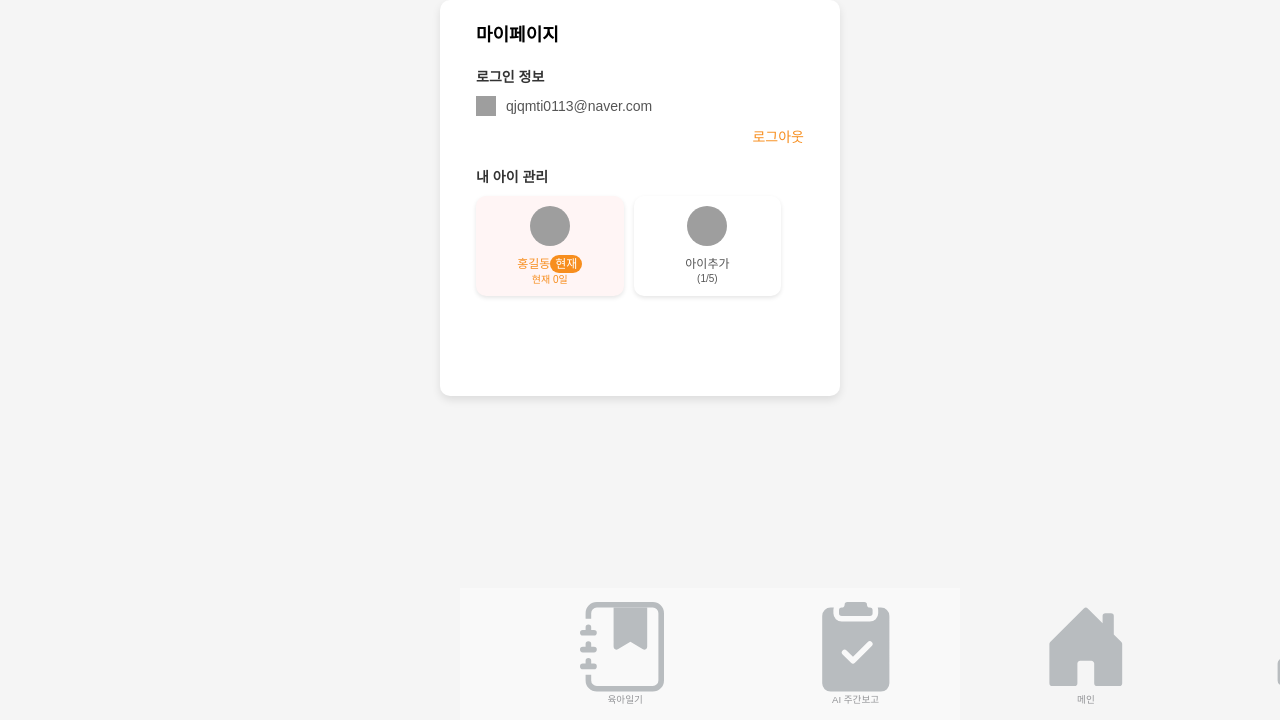
Repository: fromBirth/frombirth-frontend
Page: /mypage
These files come from the project's save history. The page is drawn as it stood at one moment and after the next save; the edit follows.
The browser window is 1280 px wide. The pictures show the whole page.
Pictures or frames that could not be fetched are drawn as grey boxes. Some web fonts or font styles are not loaded; a fallback is used. The project was rebuilt for these pictures with package versions that can differ from the ones it lists, and the page was loaded fresh each time. Also part of the build but not shown: vite.config.js.

Above is the page before, as saved 2024-10-30 12:57:06.

After the next save:
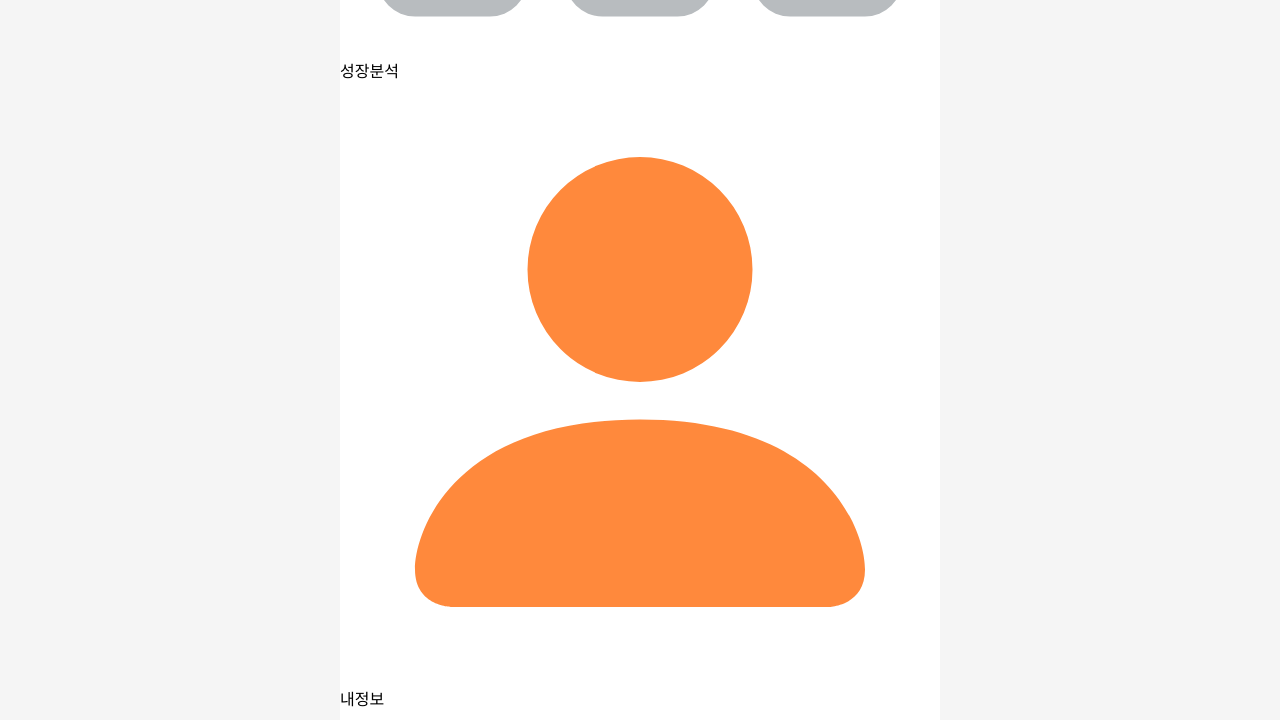
Saved 38 s later.
--- a/src/assets/styles/layout.css
+++ b/src/assets/styles/layout.css
@@ -1,20 +1,65 @@
 /* src/assets/styles/layout.css */
 
 /* 레이아웃 */
-.layout { background-color: white; width: 90%; max-width: 400px; padding: 20px; border-radius: 10px; box-shadow: 0 4px 8px rgba(0, 0, 0, 0.1); margin: 0 auto; }
 
-/* 헤더 스타일 */
-.layout .header { display: flex; align-items: center; gap: 10px; margin-bottom: 20px; }
-.layout .header .profile-image { width: 40px; height: 40px; border-radius: 50%; background-color: #f0e68c; }
-.layout .header .header-title { font-size: 18px; }
-.layout .header .header-dropdown { font-size: 14px; color: gray; }
 
-/* 콘텐츠 영역 */
-.layout .content { flex-grow: 1; width: 100%; max-width: 500px; margin: 0 auto; padding: 0 16px; overflow-y: auto; padding-bottom: 60px;}
+/* 전체 레이아웃 */
+.layout {
+    display: flex;
+    flex-direction: column;
+    align-items: center;
+    max-width: 600px;
+    width: 100%;
+    height: 100vh;
+    margin: 0 auto;
+    background-color: #f9f9f9;
+}
 
-/* footer */
-.layout .footer { background-color: #F9F9F9; text-align: center; display: flex; justify-content: center; width: 100%; max-width: 500px; margin: 0 auto; position: fixed; bottom: 0;  }
-.layout .footer .footer-nav { display: flex; justify-content: space-around; width: 100%; max-width: 400px; }
-.layout .footer .footer-nav .nav-item { display: flex; flex-direction: column; justify-content: center; color: #949598; font-size: 0.6em; min-width: 12vw; margin: 1vh 3vw; padding: 1vh 1vw; }
-.layout .footer .footer-nav .nav-item.btn-active { background-color: #FE8A3C1F; color: #FF893C; border-radius:9px; }
-.layout .footer .footer-nav .nav-item svg { margin: auto; width: 7vw; }
+/* 헤더 고정 스타일 */
+.header {
+    display: flex;
+    align-items: center;
+    width: 100%;
+    padding: 16px;
+    background-color: white;
+    border-bottom: 1px solid #e0e0e0;
+    position: fixed;
+    top: 0;
+    z-index: 10;
+    max-width: 600px;
+}
+
+.header .profile-image {
+    width: 40px;
+    height: 40px;
+    border-radius: 50%;
+    margin-right: 8px;
+}
+
+.header .header-title {
+    font-size: 16px;
+    color: #333;
+}
+
+/* 콘텐츠 영역 (스크롤 가능) */
+.content {
+    flex-grow: 1;
+    padding-top: 70px; /* 헤더 높이 보정 */
+    padding-bottom: 60px; /* 푸터 높이 보정 */
+    width: 100%;
+    overflow-y: auto;
+    background-color: #f2f4f6;
+    max-width: 600px;
+}
+
+/* 푸터 고정 스타일 */
+.footer {
+    width: 100%;
+    padding: 10px 0;
+    background-color: white;
+    border-top: 1px solid #e0e0e0;
+    position: fixed;
+    bottom: 0;
+    z-index: 10;
+    max-width: 600px;
+}

After the save that followed:
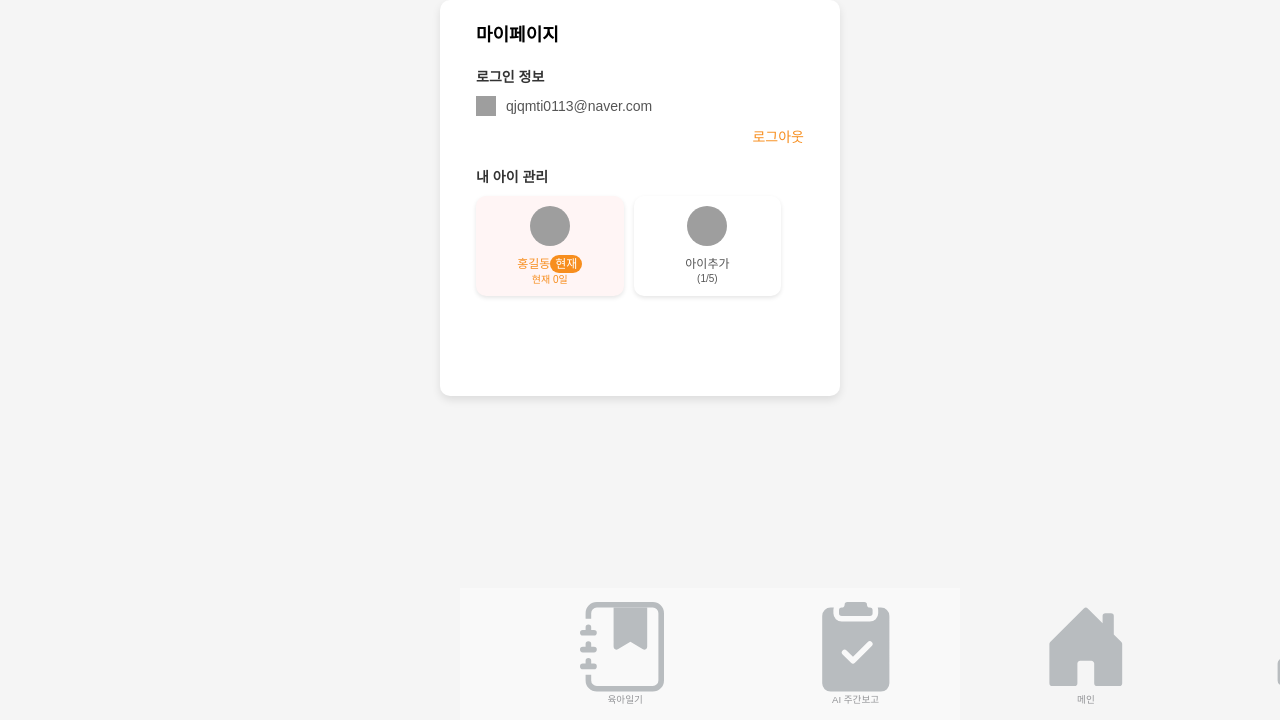
Saved 8 s later.
--- a/src/assets/styles/layout.css
+++ b/src/assets/styles/layout.css
@@ -1,65 +1,20 @@
 /* src/assets/styles/layout.css */
 
 /* 레이아웃 */
+.layout { background-color: white; width: 90%; max-width: 400px; padding: 20px; border-radius: 10px; box-shadow: 0 4px 8px rgba(0, 0, 0, 0.1); margin: 0 auto; }
 
+/* 헤더 스타일 */
+.layout .header { display: flex; align-items: center; gap: 10px; margin-bottom: 20px; }
+.layout .header .profile-image { width: 40px; height: 40px; border-radius: 50%; background-color: #f0e68c; }
+.layout .header .header-title { font-size: 18px; }
+.layout .header .header-dropdown { font-size: 14px; color: gray; }
 
-/* 전체 레이아웃 */
-.layout {
-    display: flex;
-    flex-direction: column;
-    align-items: center;
-    max-width: 600px;
-    width: 100%;
-    height: 100vh;
-    margin: 0 auto;
-    background-color: #f9f9f9;
-}
+/* 콘텐츠 영역 */
+.layout .content { flex-grow: 1; width: 100%; max-width: 500px; margin: 0 auto; padding: 0 16px; overflow-y: auto; padding-bottom: 60px;}
 
-/* 헤더 고정 스타일 */
-.header {
-    display: flex;
-    align-items: center;
-    width: 100%;
-    padding: 16px;
-    background-color: white;
-    border-bottom: 1px solid #e0e0e0;
-    position: fixed;
-    top: 0;
-    z-index: 10;
-    max-width: 600px;
-}
-
-.header .profile-image {
-    width: 40px;
-    height: 40px;
-    border-radius: 50%;
-    margin-right: 8px;
-}
-
-.header .header-title {
-    font-size: 16px;
-    color: #333;
-}
-
-/* 콘텐츠 영역 (스크롤 가능) */
-.content {
-    flex-grow: 1;
-    padding-top: 70px; /* 헤더 높이 보정 */
-    padding-bottom: 60px; /* 푸터 높이 보정 */
-    width: 100%;
-    overflow-y: auto;
-    background-color: #f2f4f6;
-    max-width: 600px;
-}
-
-/* 푸터 고정 스타일 */
-.footer {
-    width: 100%;
-    padding: 10px 0;
-    background-color: white;
-    border-top: 1px solid #e0e0e0;
-    position: fixed;
-    bottom: 0;
-    z-index: 10;
-    max-width: 600px;
-}
+/* footer */
+.layout .footer { background-color: #F9F9F9; text-align: center; display: flex; justify-content: center; width: 100%; max-width: 500px; margin: 0 auto; position: fixed; bottom: 0;  }
+.layout .footer .footer-nav { display: flex; justify-content: space-around; width: 100%; max-width: 400px; }
+.layout .footer .footer-nav .nav-item { display: flex; flex-direction: column; justify-content: center; color: #949598; font-size: 0.6em; min-width: 12vw; margin: 1vh 3vw; padding: 1vh 1vw; }
+.layout .footer .footer-nav .nav-item.btn-active { background-color: #FE8A3C1F; color: #FF893C; border-radius:9px; }
+.layout .footer .footer-nav .nav-item svg { margin: auto; width: 7vw; }
